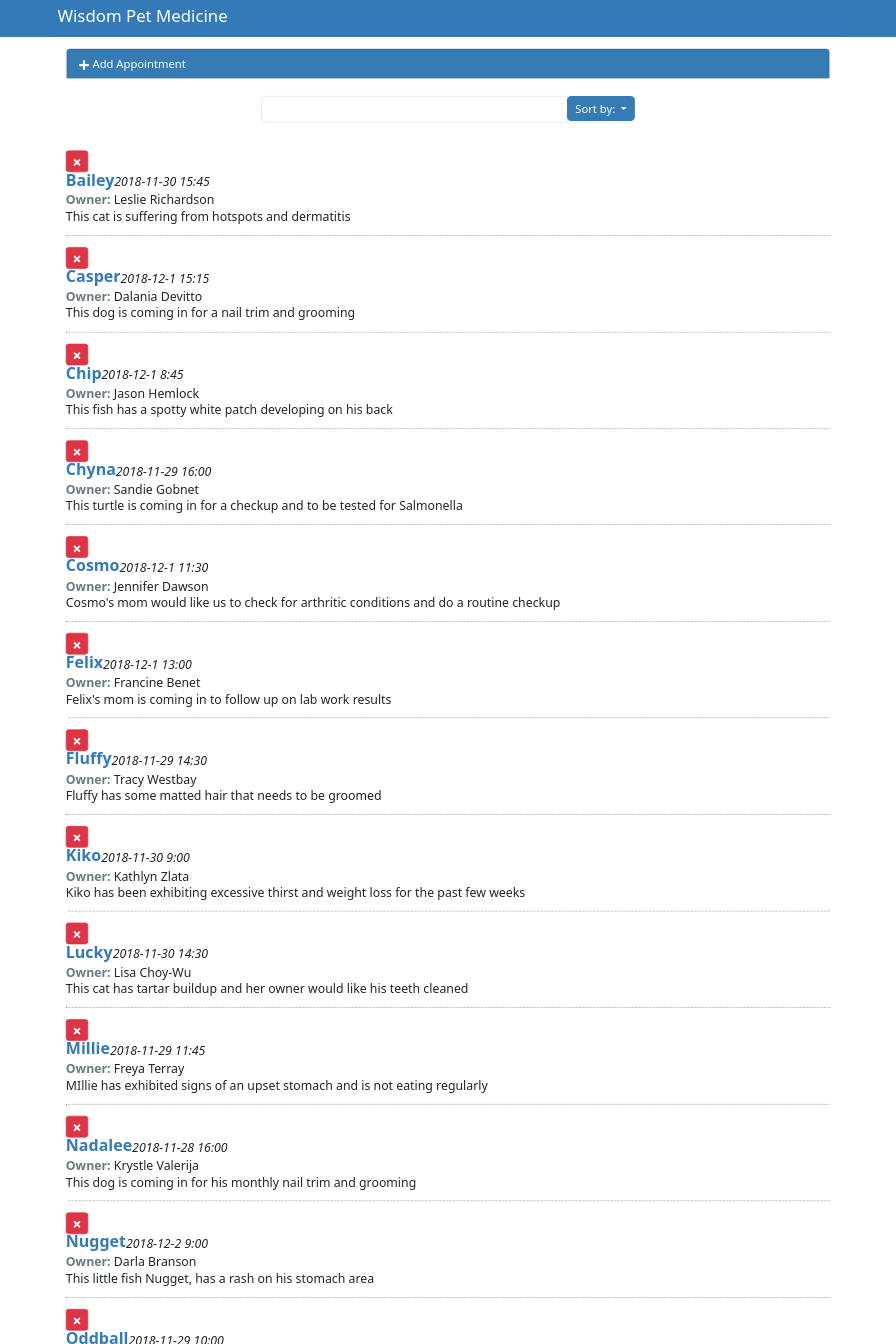
Repository: DevLuDaley/reactinterface
Page: /
The author's editor kept a copy of each file at every save. The page is drawn from the files as they stood at one save, then again after the next save.
The browser window is 1280 px wide. The pictures show the part of the page from y = 0 to 1920 px (the page is 3716 px tall), at 70% of full size.
The project was rebuilt for these pictures with package versions that can differ from the ones it lists, and the page was loaded fresh each time.

Above is the page before, as saved 2021-02-04 20:05:52.

### public/index.html
<!DOCTYPE html>
<html lang="en">
  <head>
    <meta charset="utf-8" />
    <link rel="icon" href="%PUBLIC_URL%/favicon.ico" />
    <meta name="viewport" content="width=device-width, initial-scale=1" />
    <meta name="theme-color" content="#000000" />
    <meta
      name="description"
      content="Web site created using create-react-app"
    />
    <link rel="apple-touch-icon" href="%PUBLIC_URL%/logo192.png" />
    <!--
      manifest.json provides metadata used when your web app is installed on a
      user's mobile device or desktop. See https://developers.google.com/web/fundamentals/web-app-manifest/
    -->
    <link rel="manifest" href="%PUBLIC_URL%/manifest.json" />
    <!--
      Notice the use of %PUBLIC_URL% in the tags above.
      It will be replaced with the URL of the `public` folder during the build.
      Only files inside the `public` folder can be referenced from the HTML.

      Unlike "/favicon.ico" or "favicon.ico", "%PUBLIC_URL%/favicon.ico" will
      work correctly both with client-side routing and a non-root public URL.
      Learn how to configure a non-root public URL by running `npm run build`.
    -->
    <title>React App</title>
  </head>
  <body>
    <noscript>You need to enable JavaScript to run this app.</noscript>
    <header class="container text-white">
      <h4 class="py-2">Wisdom Pet Medicine</h4>
    </header>

    <div id="root"></div>

    <footer class="container d-flex text-white py-2">
      <p>
        All contents &copy; 2018
        <a href="https://www.linkedin.com/learning">LinkedIn Learning</a>. All
        rights reserved.
      </p>
      <div class="ml-auto">
        <a class="d-block text-white" href="#">Terms of use</a>
        <a class="d-block text-white" href="#">Privacy policy</a>
      </div>
      <!-- col-md-6 -->
    </footer>
    <!-- footer -->
  </body>
</html>

### src/index.js
import React from 'react';
import ReactDOM from 'react-dom';
import 'bootstrap/dist/css/bootstrap.css'
import './css/index.css';
import App from './components/App';
import reportWebVitals from './reportWebVitals';
// import * as serviceWorker from './serviceWorker';
import 'jquery/dist/jquery'
import 'popper.js/dist/umd/popper'
import 'bootstrap/dist/js/bootstrap'

ReactDOM.render(
  <React.StrictMode>
    <App />
  </React.StrictMode>,
  document.getElementById('root')
);

// If you want to start measuring performance in your app, pass a function
// to log results (for example: reportWebVitals(console.log))
// or send to an analytics endpoint. Learn more: https://bit.ly/CRA-vitals
// serviceWorker.unregister()
reportWebVitals();

### src/components/App.js
import React, { Component } from 'react';
import '../css/App.css';

import AddAppointments from './AddAppointments';
import SearchAppointments from './SearchAppointments';
import ListAppointments from './ListAppointments';

import { findIndex, without } from 'lodash';

class App extends Component {
  constructor() {
    super();
    this.state = {
      myAppointments: [],
      formDisplay: false,
      orderBy: 'petName',
      orderDir: 'asc',
      queryText: '',
      lastIndex: 0
    };
    this.deleteAppointment = this.deleteAppointment.bind(this);
    this.toggleForm = this.toggleForm.bind(this);
    this.addAppointment = this.addAppointment.bind(this);
    this.changeOrder = this.changeOrder.bind(this);
    this.searchApts = this.searchApts.bind(this);
    this.updateInfo = this.updateInfo.bind(this);
  }

  toggleForm() {
    this.setState({
      formDisplay: !this.state.formDisplay
    });
  }

  searchApts(query) {
    this.setState({ queryText: query });
  }

  changeOrder(order, dir) {
    this.setState({
      orderBy: order,
      orderDir: dir
    });
  }

  updateInfo(name, value, id) {
    let tempApts = this.state.myAppointments;
    let aptIndex = findIndex(this.state.myAppointments, {
      aptId: id
    });
    tempApts[aptIndex][name] = value;
    this.setState({
      myAppointments: tempApts
    });
  }
  addAppointment(apt) {
    let tempApts = this.state.myAppointments;
    apt.aptId = this.state.lastIndex;
    tempApts.unshift(apt);
    this.setState({
      myAppointments: tempApts,
      lastIndex: this.state.lastIndex + 1
    });
  }

  deleteAppointment(apt) {
    let tempApts = this.state.myAppointments;
    tempApts = without(tempApts, apt);

    this.setState({
      myAppointments: tempApts
    });
  }

  componentDidMount() {
    fetch('./data.json')
      .then(response => response.json())
      .then(result => {
        const apts = result.map(item => {
          item.aptId = this.state.lastIndex;
          this.setState({ lastIndex: this.state.lastIndex + 1 });
          return item;
        });
        this.setState({
          myAppointments: apts
        });
      });
  }

  render() {
    let order;
    let filteredApts = this.state.myAppointments;
    if (this.state.orderDir === 'asc') {
      order = 1;
    } else {
      order = -1;
    }

    filteredApts = filteredApts
      .sort((a, b) => {
        if (
          a[this.state.orderBy].toLowerCase() <
          b[this.state.orderBy].toLowerCase()
        ) {
          return -1 * order;
        } else {
          return 1 * order;
        }
      })
      .filter(eachItem => {
        return (
          eachItem['petName']
            .toLowerCase()
            .includes(this.state.queryText.toLowerCase()) ||
          eachItem['ownerName']
            .toLowerCase()
            .includes(this.state.queryText.toLowerCase()) ||
          eachItem['aptNotes']
            .toLowerCase()
            .includes(this.state.queryText.toLowerCase())
        );
      });

    return (
      <main className="page bg-white" id="petratings">
        <div className="container">
          <div className="row">
            <div className="col-md-12 bg-white">
              <div className="container">
                <AddAppointments
                  formDisplay={this.state.formDisplay}
                  toggleForm={this.toggleForm}
                  addAppointment={this.addAppointment}
                />
                <SearchAppointments
                  orderBy={this.state.orderBy}
                  orderDir={this.state.orderDir}
                  changeOrder={this.changeOrder}
                  searchApts={this.searchApts}
                />
                <ListAppointments
                  appointments={filteredApts}
                  deleteAppointment={this.deleteAppointment}
                  updateInfo={this.updateInfo}
                />
              </div>
            </div>
          </div>
        </div>
      </main>
    );
  }
}

export default App;

### src/components/AddAppointments.js
import React, { Component } from 'react';
import { FaPlus } from 'react-icons/fa';

class AddAppointments extends Component {
  constructor() {
    super();
    this.state = {
      petName: '',
      ownerName: '',
      aptDate: '',
      aptTime: '',
      aptNotes: ''
    };
    this.handleChange = this.handleChange.bind(this);
    this.handleAdd = this.handleAdd.bind(this);
  }

  handleAdd(e) {
    e.preventDefault();
    let tempApt = {
      petName: this.state.petName,
      ownerName: this.state.ownerName,
      aptDate: this.state.aptDate + ' ' + this.state.aptTime,
      aptNotes: this.state.aptNotes
    };

    this.props.addAppointment(tempApt);

    this.setState({
      petName: '',
      ownerName: '',
      aptDate: '',
      aptTime: '',
      aptNotes: ''
    });
    this.props.toggleForm();
  }

  handleChange(e) {
    const target = e.target;
    const value = target.value;
    const name = target.name;

    this.setState({
      [name]: value
    });
  }

  render() {
    return (
      <div
        className={
          'card textcenter mt-3 ' +
          (this.props.formDisplay ? '' : 'add-appointment')
        }
      >
        <div
          className="apt-addheading card-header bg-primary text-white"
          onClick={this.props.toggleForm}
        >
          <FaPlus /> Add Appointment
        </div>

        <div className="card-body">
          <form id="aptForm" noValidate onSubmit={this.handleAdd}>
            <div className="form-group form-row">
              <label
                className="col-md-2 col-form-label text-md-right"
                htmlFor="petName"
                readOnly
              >
                Pet Name
              </label>
              <div className="col-md-10">
                <input
                  type="text"
                  className="form-control"
                  name="petName"
                  placeholder="Pet's Name"
                  value={this.state.petName}
                  onChange={this.handleChange}
                />
              </div>
            </div>

            <div className="form-group form-row">
              <label
                className="col-md-2 col-form-label text-md-right"
                htmlFor="ownerName"
              >
                Pet Owner
              </label>
              <div className="col-md-10">
                <input
                  type="text"
                  className="form-control"
                  name="ownerName"
                  placeholder="Owner's Name"
                  value={this.state.ownerName}
                  onChange={this.handleChange}
                />
              </div>
            </div>

            <div className="form-group form-row">
              <label
                className="col-md-2 col-form-label text-md-right"
                htmlFor="aptDate"
              >
                Date
              </label>
              <div className="col-md-4">
                <input
                  type="date"
                  className="form-control"
                  name="aptDate"
                  id="aptDate"
                  value={this.state.aptDate}
                  onChange={this.handleChange}
                />
              </div>
              <label
                className="col-md-2 col-form-label text-md-right"
                htmlFor="aptTime"
              >
                Time
              </label>
              <div className="col-md-4">
                <input
                  type="time"
                  className="form-control"
                  name="aptTime"
                  id="aptTime"
                  value={this.state.aptTime}
                  onChange={this.handleChange}
                />
              </div>
            </div>

            <div className="form-group form-row">
              <label className="col-md-2 text-md-right" htmlFor="aptNotes">
                Apt. Notes
              </label>
              <div className="col-md-10">
                <textarea
                  className="form-control"
                  rows="4"
                  cols="50"
                  name="aptNotes"
                  id="aptNotes"
                  placeholder="Appointment Notes"
                  value={this.state.aptNotes}
                  onChange={this.handleChange}
                />
              </div>
            </div>

            <div className="form-group form-row mb-0">
              <div className="offset-md-2 col-md-10">
                <button
                  type="submit"
                  className="btn btn-primary d-block ml-auto"
                >
                  Add Appointment
                </button>
              </div>
            </div>
          </form>
        </div>
      </div>
    );
  }
}

export default AddAppointments;

### src/components/SearchAppointments.js
import React, { Component } from 'react';

class SearchAppointments extends Component {
  render() {
    return (
      <div className="search-appointments row justify-content-center my-4">
        <div className="col-md-6">
          <div className="input-group">
            <input
              id="SearchApts"
              type="text"
              className="form-control"
              aria-label="Search Appointments"
              onChange={e => this.props.searchApts(e.target.value)}
            />
            <div className="input-group-append">
              <button
                type="button"
                className="btn btn-primary dropdown-toggle"
                data-toggle="dropdown"
                aria-haspopup="true"
                aria-expanded="false"
              >
                Sort by: <span className="caret" />
              </button>

              <div className="sort-menu dropdown-menu dropdown-menu-right">
                <button
                  className={
                    'sort-by dropdown-item ' +
                    (this.props.orderBy === 'petName' ? 'active' : '')
                  }
                  onClick={e =>
                    this.props.changeOrder('petName', this.props.orderDir)
                  }
                  href="#"
                >
                  Pet Name
                </button>
                <button
                  className={
                    'sort-by dropdown-item ' +
                    (this.props.orderBy === 'aptDate' ? 'active' : '')
                  }
                  onClick={e =>
                    this.props.changeOrder('aptDate', this.props.orderDir)
                  }
                  href="#"
                >
                  Date
                </button>
                <button
                  className={
                    'sort-by dropdown-item ' +
                    (this.props.orderBy === 'ownerName' ? 'active' : '')
                  }
                  onClick={e =>
                    this.props.changeOrder('ownerName', this.props.orderDir)
                  }
                  href="#"
                >
                  Owner
                </button>
                <div role="separator" className="dropdown-divider" />
                <button
                  className={
                    'sort-by dropdown-item ' +
                    (this.props.orderDir === 'asc' ? 'active' : '')
                  }
                  onClick={e =>
                    this.props.changeOrder(this.props.orderBy, 'asc')
                  }
                  href="#"
                >
                  Asc
                </button>
                <button
                  className={
                    'sort-by dropdown-item ' +
                    (this.props.orderDir === 'desc' ? 'active' : '')
                  }
                  onClick={e =>
                    this.props.changeOrder(this.props.orderBy, 'desc')
                  }
                  href="#"
                >
                  Desc
                </button>
              </div>
            </div>
          </div>
        </div>
      </div>
    );
  }
}

export default SearchAppointments;

### src/components/ListAppointments.js
import React, { Component } from 'react';
import { FaTimes } from 'react-icons/fa';
// import Moment from 'react-moment';

class ListAppointments extends Component {
  render() {
    return (
      <div className="appointment-list item-list mb-3">
        {this.props.appointments.map(item => (
          <div className="pet-item col media py-3" key={item.aptId}>
            <div className="mr-3">
              <button
                className="pet-delete btn btn-sm btn-danger"
                onClick={() => this.props.deleteAppointment(item)}>
                <FaTimes />
              </button>
            </div>

            <div className="pet-info media-body">
              <div className="pet-head d-flex">
                <span className="pet-name">{item.petName}</span>
                <span className="apt-date ml-auto">
                  {/* <Moment */}
                    {/* date= */}
                    {item.aptDate}
                    {/* parse="YYYY-MM-dd hh:mm" */}
                    {/* format="MMM-D h:mma" */}
                  {/* /> */}
                </span>
              </div>

              <div className="owner-name">
                <span className="label-item">Owner: </span>
                <span>{item.ownerName}</span>
              </div>
              <div className="apt-notes">{item.aptNotes}</div>
            </div>
          </div>
        ))}
      </div>
    );
  }
}

export default ListAppointments;

### public/data.json
[
  {
    "petName": "Pepe",
    "ownerName": "Reggie Tupp",
    "aptNotes": "It's time for this rabbit's post spaying surgery checkup",
    "aptDate": "2018-11-28 13:30"
  },
  {
    "petName": "Rio",
    "ownerName": "Philip Ransu",
    "aptNotes": "Rio is up for his next round of vaccinations",
    "aptDate": "2018-11-28 10:15"
  },
  {
    "petName": "Scooter",
    "ownerName": "Zachary Heilyn",
    "aptNotes": "Scooter has been pawing at his ear and may have an ear infection",
    "aptDate": "2018-11-28 14:45"
  },
  {
    "petName": "Nadalee",
    "ownerName": "Krystle Valerija",
    "aptNotes": "This dog is coming in for his monthly nail trim and grooming",
    "aptDate": "2018-11-28 16:00"
  },
  {
    "petName": "Scout",
    "ownerName": "Nicolette Bardeau",
    "aptNotes": "This dog is coming in for his annual checkup and vaccinations",
    "aptDate": "2018-11-28 9:00"
  },
  {
    "petName": "Zera",
    "ownerName": "Austin Finnagan",
    "aptNotes": "This iguana's is showing signs of dementia associated with his old age",
    "aptDate": "2018-11-29 13:15"
  },
  {
    "petName": "Oddball",
    "ownerName": "Howie Cadell",
    "aptNotes": "Oddball has a hard lump on right front foot",
    "aptDate": "2018-11-29 10:00"
  },
  {
    "petName": "Millie",
    "ownerName": "Freya Terray",
    "aptNotes": "MIllie has exhibited signs of an upset stomach and is not eating regularly",
    "aptDate": "2018-11-29 11:45"
  },
  {
    "petName": "Fluffy",
    "ownerName": "Tracy Westbay",
    "aptNotes": "Fluffy has some matted hair that needs to be groomed",
    "aptDate": "2018-11-29 14:30"
  },
  {
    "petName": "Chyna",
    "ownerName": "Sandie Gobnet",
    "aptNotes": "This turtle is coming in for a checkup and to be tested for Salmonella",
    "aptDate": "2018-11-29 16:00"
  },
  {
    "petName": "Wesley",
    "ownerName": "Nathan Cayden",
    "aptNotes": "This dog is returning for his next heartworm treatment visit",
    "aptDate": "2018-11-29 8:30"
  },
  {
    "petName": "Pax",
    "ownerName": "Sarah Greer",
    "aptNotes": "This senior dog has been sluggish and showing lethargic behavior",
    "aptDate": "2018-11-30 10:15"
  },
  {
    "petName": "Squiggles",
    "ownerName": "Madisyn Roope",
    "aptNotes": "Squiggles is due for her annual checkup and vaccinations",
    "aptDate": "2018-11-30 11:30"
  },
  {
    "petName": "Lucky",
    "ownerName": "Lisa Choy-Wu",
    "aptNotes": "This cat has tartar buildup and her owner would like his teeth cleaned",
    "aptDate": "2018-11-30 14:30"
  },
  {
    "petName": "Bailey",
    "ownerName": "Leslie Richardson",
    "aptNotes": "This cat is suffering from hotspots and dermatitis",
    "aptDate": "2018-11-30 15:45"
  },
  {
    "petName": "Kiko",
    "ownerName": "Kathlyn Zlata",
    "aptNotes": "Kiko has been exhibiting excessive thirst and weight loss for the past few weeks",
    "aptDate": "2018-11-30 9:00"
  },
  {
    "petName": "Felix",
    "ownerName": "Francine Benet",
    "aptNotes": "Felix's mom is coming in to follow up on  lab work results",
    "aptDate": "2018-12-1 13:00"
  },
  {
    "petName": "Sami",
    "ownerName": "Maggie Rickland",
    "aptNotes": "Sami has had some changes in his bathroom in habits",
    "aptDate": "2018-12-1 10:00"
  },
  {
    "petName": "Cosmo",
    "ownerName": "Jennifer Dawson",
    "aptNotes": "Cosmo's mom would like us to check for arthritic conditions and do a routine checkup",
    "aptDate": "2018-12-1 11:30"
  },
  {
    "petName": "Casper",
    "ownerName": "Dalania Devitto",
    "aptNotes": "This dog is coming in for a nail trim and grooming",
    "aptDate": "2018-12-1 15:15"
  },
  {
    "petName": "Chip",
    "ownerName": "Jason Hemlock",
    "aptNotes": "This fish has a spotty white patch developing on his back ",
    "aptDate": "2018-12-1 8:45"
  },
  {
    "petName": "Tibbs",
    "ownerName": "Shad Cayden",
    "aptNotes": "Tibbs has had an ongoing rash and cold symptoms and we are going to run allergy tests",
    "aptDate": "2018-12-2 13:30"
  },
  {
    "petName": "Stich",
    "ownerName": "Dennis Nicholback",
    "aptNotes": "Stich has been having some stomach issues and is due for his vaccinations",
    "aptDate": "2018-12-2 10:15"
  },
  {
    "petName": "Shadow",
    "ownerName": "Audry Topsy",
    "aptNotes": "This cat has a red swollen eye with a discharge",
    "aptDate": "2018-12-2 15:00"
  },
  {
    "petName": "Nugget",
    "ownerName": "Darla Branson",
    "aptNotes": "This little fish Nugget, has  a rash on his stomach area",
    "aptDate": "2018-12-2 9:00"
  }
]

Loaded but not shown: src/css/index.css (common file); src/reportWebVitals.js (common file); src/css/App.css (common file)

After the next save:
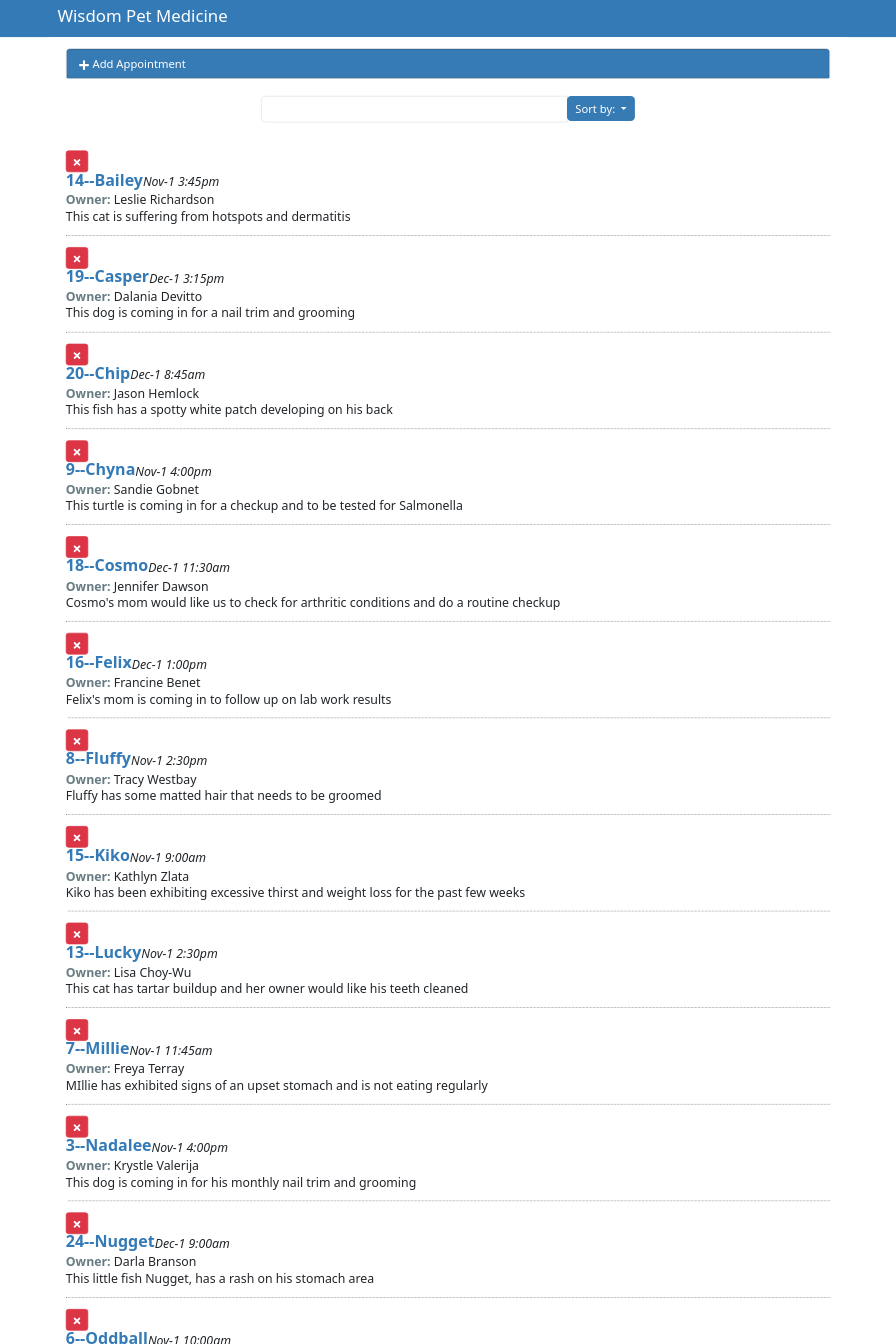
Saved 25 s later.
--- a/src/components/ListAppointments.js
+++ b/src/components/ListAppointments.js
@@ -1,6 +1,6 @@
 import React, { Component } from 'react';
 import { FaTimes } from 'react-icons/fa';
-// import Moment from 'react-moment';
+import Moment from 'react-moment';
 
 class ListAppointments extends Component {
   render() {
@@ -18,22 +18,57 @@ class ListAppointments extends Component {
 
             <div className="pet-info media-body">
               <div className="pet-head d-flex">
-                <span className="pet-name">{item.petName}</span>
+                <span
+                  className="pet-name"
+                  contentEditable="true"
+                  suppressContentEditableWarning
+                  onBlur={e =>
+                    this.props.updateInfo(
+                      'petName',
+                      e.target.innerText,
+                      item.aptId
+                    )
+                  }>
+                  {item.aptId}--
+                  {item.petName}
+                </span>
                 <span className="apt-date ml-auto">
-                  {/* <Moment */}
-                    {/* date= */}
-                    {item.aptDate}
-                    {/* parse="YYYY-MM-dd hh:mm" */}
-                    {/* format="MMM-D h:mma" */}
-                  {/* /> */}
+                  <Moment
+                    date={item.aptDate}
+                    parse="YYYY-MM-dd hh:mm"
+                    format="MMM-D h:mma"
+                  />
                 </span>
               </div>
 
               <div className="owner-name">
                 <span className="label-item">Owner: </span>
-                <span>{item.ownerName}</span>
+                <span
+                  contentEditable="true"
+                  suppressContentEditableWarning
+                  onBlur={e =>
+                    this.props.updateInfo(
+                      'ownerName',
+                      e.target.innerText,
+                      item.aptId
+                    )
+                  }>
+                  {item.ownerName}
+                </span>
               </div>
-              <div className="apt-notes">{item.aptNotes}</div>
+              <div
+                className="apt-notes"
+                contentEditable="true"
+                suppressContentEditableWarning
+                onBlur={e =>
+                  this.props.updateInfo(
+                    'aptNotes',
+                    e.target.innerText,
+                    item.aptId
+                  )
+                }>
+                {item.aptNotes}
+              </div>
             </div>
           </div>
         ))}
